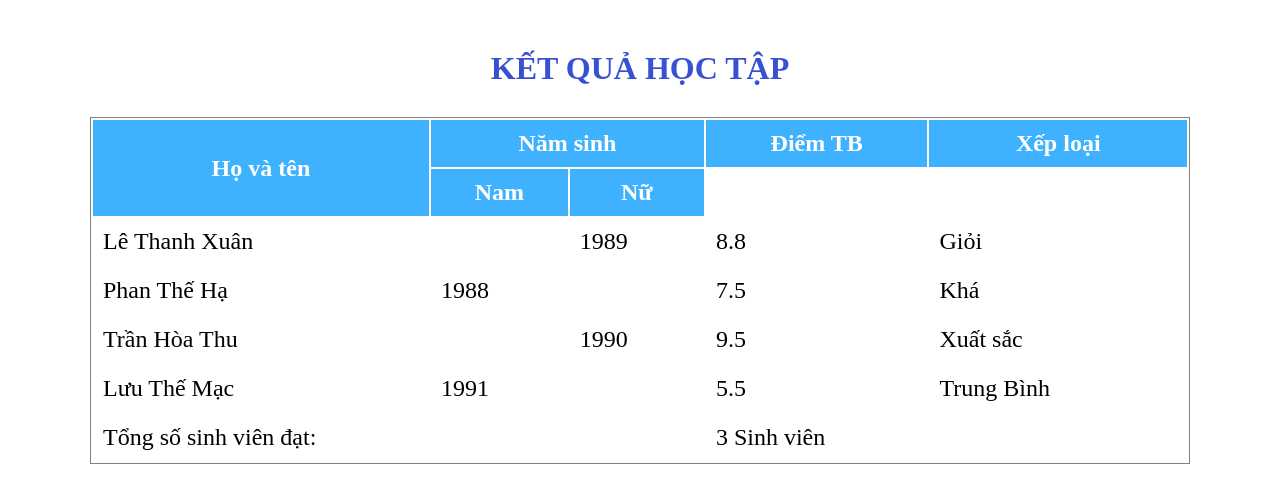
Repository: tuiladev/TKW
Page: Table/index.html
These files come from the project's save history. The page is drawn as it stood at one moment and after a run of saves; the edit follows.
The browser window is 1280 px wide. The pictures show the whole page.

Above is the page before, as saved 2022-03-16 14:50:22.

After the next 3 saves:
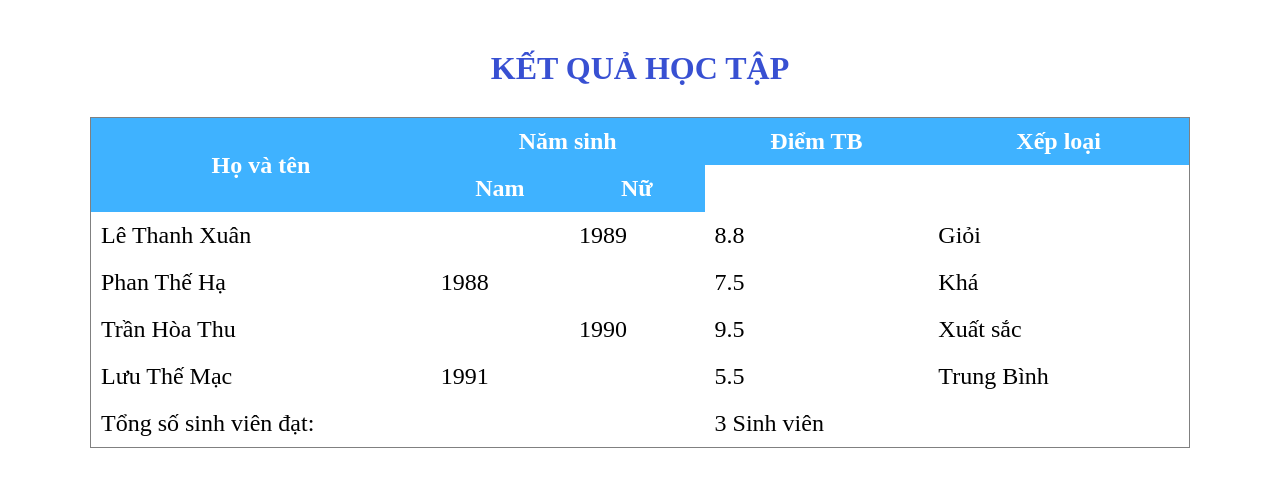
The 3 saves are shown as one change because they came seconds apart.
The last was saved 34 s later.
--- a/Table/index.html
+++ b/Table/index.html
@@ -32,6 +32,7 @@
         width: 100%;
         border: 1px solid gray;
         font-size: 24px;
+        border-collapse: collapse;
       }
       thead {
         background-color: rgb(63, 178, 255);

After the 3 saves that followed:
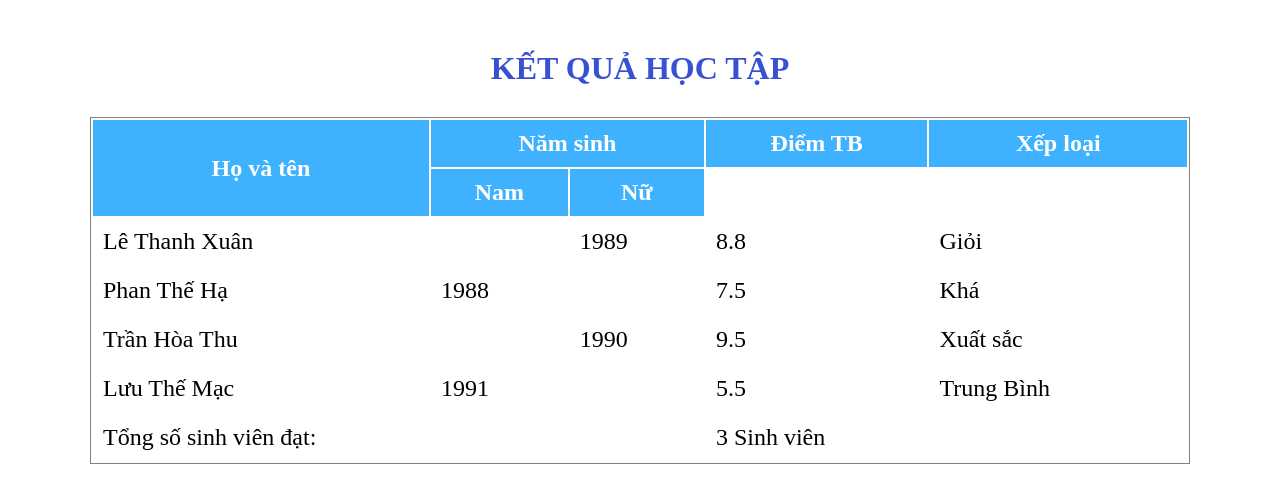
The 3 saves are shown as one change because they came seconds apart.
The last was saved 10 s later.
--- a/Table/index.html
+++ b/Table/index.html
@@ -31,8 +31,8 @@
       table {
         width: 100%;
         border: 1px solid gray;
+        border-collapse: ;
         font-size: 24px;
-        border-collapse: collapse;
       }
       thead {
         background-color: rgb(63, 178, 255);
